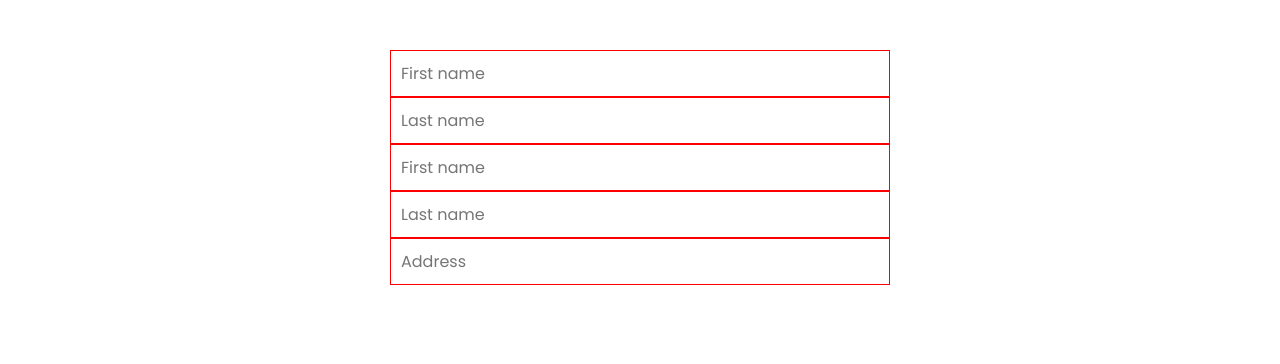
Repository: evondev/html-css-basic-course
Page: index.html
An editor plug-in stored every save of this project. The page is shown before and after the next save, followed by the edit.
The browser window is 1280 px wide. The pictures show the whole page.
Some web libraries are served in a nearby version. The style sheet was rebuilt from its Sass, Less or Tailwind sources for each picture, by a compiler version that may differ from the author's.

Above is the page before, as saved 2020-12-27 11:41:51.

### index.html
<!DOCTYPE html>
<html lang="en">
  <head>
    <meta charset="UTF-8" />
    <meta name="viewport" content="width=device-width, initial-scale=1.0" />
    <title>Form layout CSS Grid</title>
    <link
      href="https://fonts.googleapis.com/css2?family=Roboto:wght@400;700&display=swap"
      rel="stylesheet"
    />
    <link
      rel="stylesheet"
      href="https://cdnjs.cloudflare.com/ajax/libs/font-awesome/5.14.0/css/all.min.css"
      integrity="sha512-1PKOgIY59xJ8Co8+NE6FZ+LOAZKjy+KY8iq0G4B3CyeY6wYHN3yt9PW0XpSriVlkMXe40PTKnXrLnZ9+fkDaog=="
      crossorigin="anonymous"
    />
    <link
      href="https://fonts.googleapis.com/css2?family=Poppins:wght@300;400;700&display=swap"
      rel="stylesheet"
    />
    <link rel="stylesheet" href="./reset.css" />
    <link rel="stylesheet" href="./app.css" />
  </head>
  <body>
    <div class="form-layout">

      <div class="form-group">
        <input type="text" class="form-input" placeholder="First name">
        <input type="text" class="form-input" placeholder="Last name">
      </div>
      <div class="form-group">
        <input type="text" class="form-input" placeholder="First name">
        <input type="text" class="form-input" placeholder="Last name">
      </div>
      <div class="form-group">
        <input type="text" class="form-input" placeholder="Address">
      </div>
    </div>
  </body>
</html>

### app.scss
html {
  font-size: 62.5%;
}

* {
  box-sizing: border-box;
}

body {
  font-size: 1.6rem;
  font-weight: normal;
}

input,
textarea,
button,
select {
  font-size: 1.6rem;
  font-family: "Poppins", sans-serif;
  font-weight: normal;
  outline: none;
}

a {
  text-decoration: none;
}

img {
  display: block;
  max-width: 100%;
}
.form-layout {
  max-width: 500px;
  margin: 50px auto;
}
.form-input {
  padding: 10px;
  border: 1px solid #f00;
  outline: none;
  width: 100%;
}

Loaded but not shown: reset.css (common file)

After the next save:
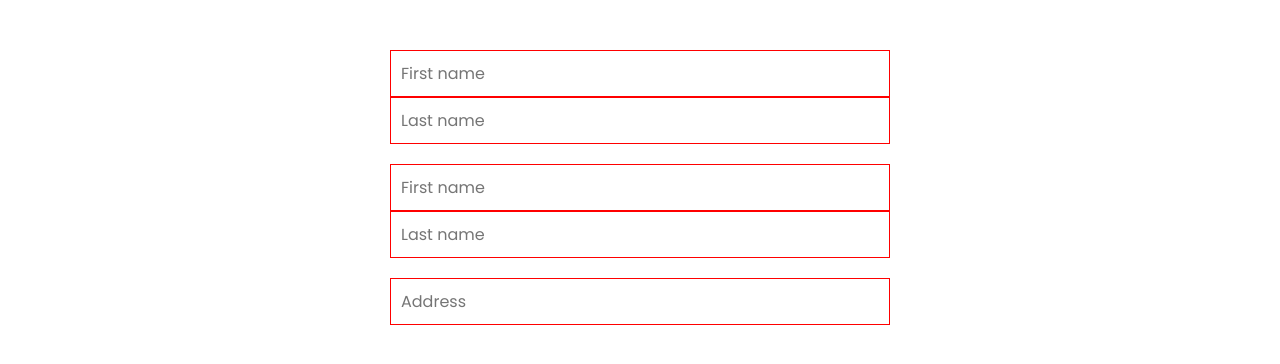
Saved 19 s later.
--- a/app.scss
+++ b/app.scss
@@ -33,6 +33,9 @@ img {
   max-width: 500px;
   margin: 50px auto;
 }
+.form-group {
+  margin-bottom: 20px;
+}
 .form-input {
   padding: 10px;
   border: 1px solid #f00;
